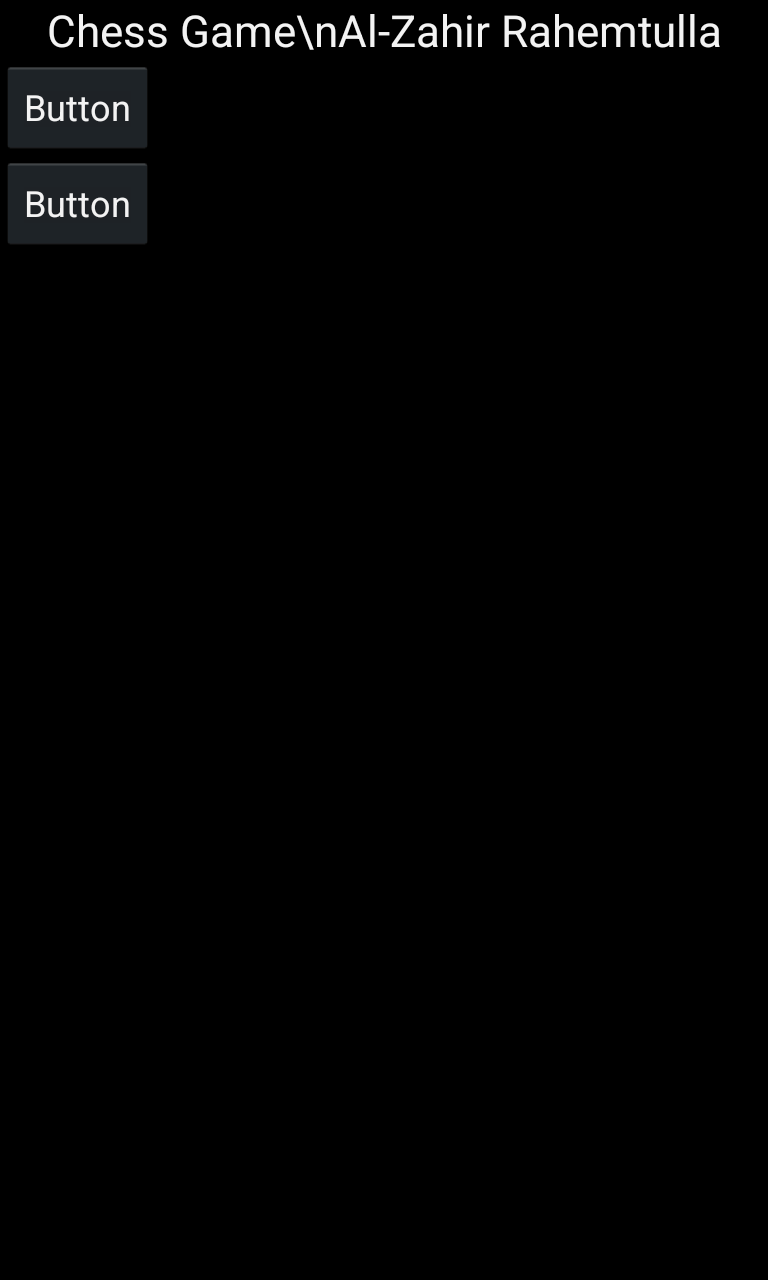
Repository: Al-Zahir/APCS
Layout: workspace/APCompFinal/res/layout/menu.xml
An editor plug-in stored every save of this project. The layout is shown before and after the next save, followed by the edit.
It is drawn on a 768 x 1280 px phone screen (xhdpi) without system bars, with theme android:Theme.Holo; the app's code is not run.

Above is the layout before, as saved 2015-06-01 13:05:07.

After the next save:
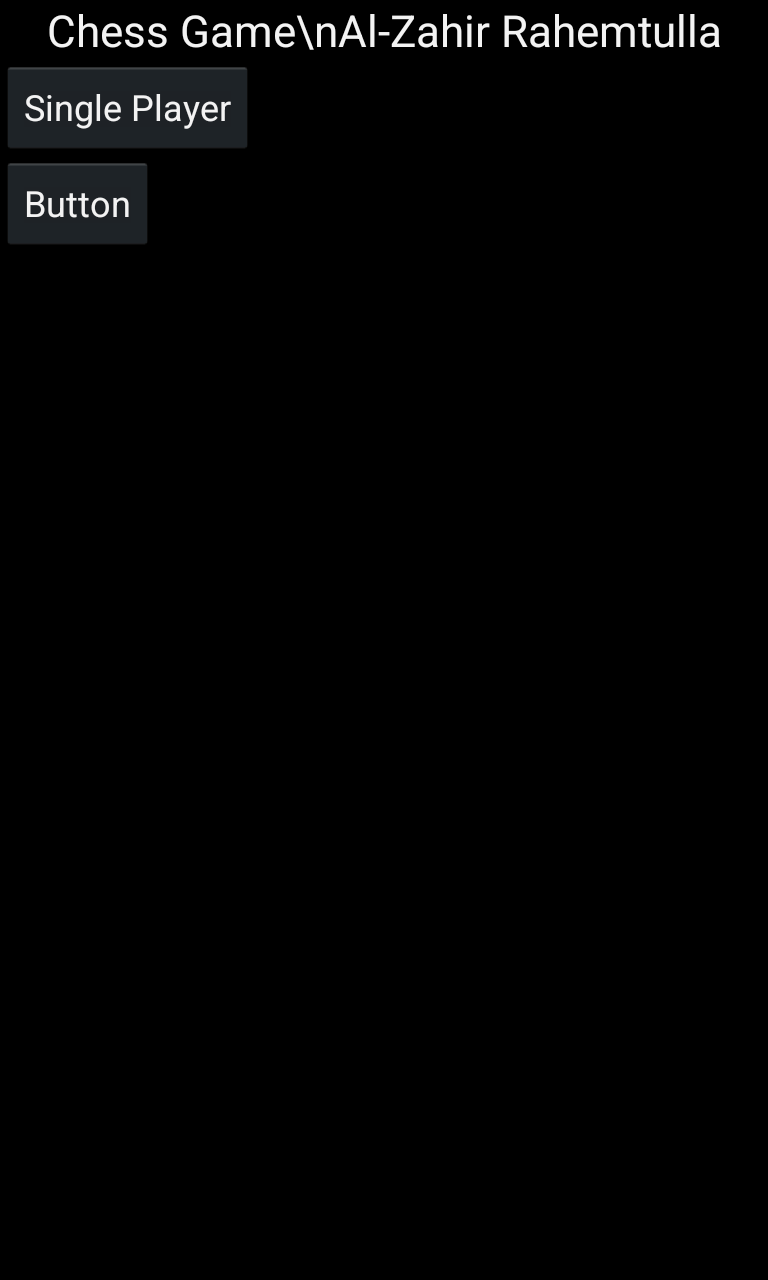
Saved 8 s later.
--- a/workspace/APCompFinal/res/layout/menu.xml
+++ b/workspace/APCompFinal/res/layout/menu.xml
@@ -16,7 +16,7 @@
         android:id="@+id/singlePlayer"
         android:layout_width="wrap_content"
         android:layout_height="wrap_content"
-        android:text="Button" />
+        android:text="Single Player" />
 
     <Button
         android:id="@+id/multiPlayer"
